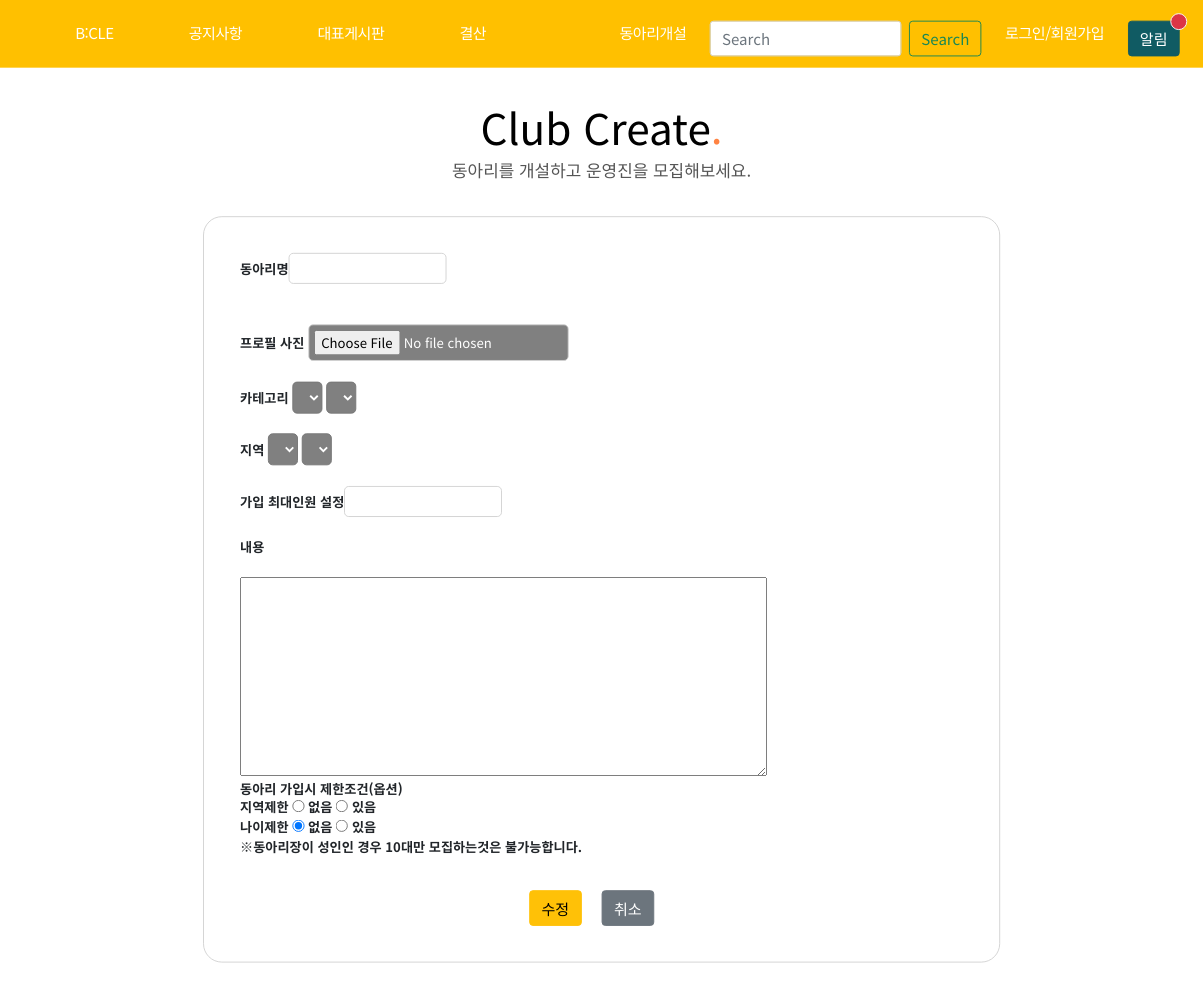
Repository: CHAEYUN7074/SpringProject
Page: http://localhost/viewpages/WEB-INF/view/PreClubUpdateForm.jsp
These files come from the project's save history. The page is drawn as it stood at one moment and after the next save; the edit follows.
The browser window is 1280 px wide. The pictures show the whole page, at 94% of full size.
Some web fonts or font styles are not loaded; a fallback is used. The page is served by Tomcat 9. Nobody is signed in. Other server files are loaded and not shown. The template is opened directly, without the code that normally fills it, so the values that code supplies are empty.

Above is the page before, as saved 2021-12-27 16:56:30.

### viewpages/WebContent/WEB-INF/view/PreClubUpdateForm.jsp
<%@ page contentType="text/html; charset=UTF-8"%>
<%@ taglib prefix="c" uri="http://java.sun.com/jsp/jstl/core"%>
<%
   request.setCharacterEncoding("UTF-8");
String cp = request.getContextPath();
%>
<!DOCTYPE html>
<html>
<head>
<meta charset="UTF-8">
<title>PreClubUpdateForm.jsp</title>
<style type="text/css">
@import
   url('https://fonts.googleapis.com/css?family=Exo+2|Noto+Sans+KR&display=swap')
   ;

.list-title{margin-top : 5vh;}
section .name {color: #000; text-align: center;}
section .name h2 {font-size: 45px; margin-bottom: 5px; font-weight: normal;}
section .name h2 span {color:#ff8342; }
section .name p {font-size: 18px; color: #555;}



#contents {
   margin : 5vh 30vh 5vh 30vh;
   padding : 3%;
   border : 1px solid lightgray;
   border-radius : 20px;
   font-family: 'Noto Sans KR', sans-serif;
   font-weight:bold;
}
#contents p {margin-bottom : 3vh;}
#contents input {border : 1px solid lightgray; border-radius: 5px; padding: 5px;}

.button_set {display : flex; margin-left : 40%; margin-top : 5vh;}
.button_set button {margin-right : 3vh;}

select {color: white; background: gray; border-radius: 5px; padding: 5px; }

</style>


<script type="text/javascript" src="http://code.jquery.com/jquery.min.js"></script>
<script type="text/javascript" src="<%=cp%>/js/jquery-ui.js"></script>
<script type="text/javascript" src="<%=cp%>/js/ajax.js"></script>
<script type="text/javascript">

   $(document).ready(function()
   {
      //카테고리 대분류(category_L_Id)가 변경되었을 경우 수행해야 할 코드 처리
      $("#category_L_Id").change(function()
      {
         //lert($("#category_L_Id").val());

         // Ajax 요청 및 응답 처리
         $.ajax(
         {
            type : "POST"
            ,url : "ajaxcategory.action"
            ,data : {category_L_Id : $("#category_L_Id").val()}
            ,dataType : "json" //{key : vlaue}
            ,success : function(result)
            {
               $("#category_S_Id").children().remove();
               $("#category_S_Id").append("<option value=\"\">선택</option>");

               for(var i=0; i<result.length; i++)
               {
                  $("#category_S_Id").append("<option value=\""+result[i].category_s_id+"\">"+result[i].s_cat+"</option>");
               }
            }
            ,error : function(e)
            {
               alert(e.responseText);
            }
         });
      });

      $("#region_L_Id").change(function()
      {
         //alert('변경');
         //alert($("#region_L_Id").val());

         var category_s_id = '${preopen.category_s_id}';

         $.ajax(
         {
            type : "POST"
            ,url : "ajaxregion.action"
            ,data : {region_L_Id : $("#region_L_Id").val()}
            ,dataType : "json"
            ,success : function(result)
            {
               //alert(result);
               $("#region_S_Id").children().remove();
               $("#region_S_Id").append("<option value=\"\">선택</option>");

               for(var i=0; i<result.length; i++)
               {
                  $("#region_S_Id").append("<option value=\""+result[i].region_s_id+"\">"+result[i].local+"</option>");
               }
            }
            ,error : function(e)
            {
               alert(e.responseText);
            }

          });

      });

   });
      //동아리명 중복 검사

    $(document).ready(function()
   {

      $('.title').focusout(function()  //focusout
      {
         let userTitle = $('.title').val();

         $.ajax({
            url : "checktitle.action" // ①컨트롤러로~
            , type : "POST"
            , data : {userTitle : userTitle}
            , dataType : "json"
            , success : function(result) //Check title에서 여기로 왔다.
            {
               if(result.title == 0){
                  $("#checkTitle").html('이미 동일한 이름의 동아리가 존재합니다.');
                  $("#checkTitle").css('color', 'red');
                  $('#title').val(''); //중복된 내용삭제

               }
               else
               {

                  $("#checkTitle").html('사용할 수 있는 동아리 이름입니다.');
                  $("#checkTitle").css('color', 'green');
               }
            }
            , error : function(e)
            {
               alert(e.responseText); //에러사항 보여주기
            }
         })
      })
   });



 //각 상황별 alert 창 → required로 했는데 클리어하지가 않아서, 각 상황에 맞게 알림창을 띄우기로했다.
   $(document).ready(function()
   {
      $("#submitBtn").click(function()
      {
          if ($.trim($("#title").val()).length == 0)
         {
            alert("동아리명을 입력하세요.");
            $("#title").focus();
            return;
         }

         if ($("#category_L_Id").val() == "")
         {
            alert("카테고리를 선택해주세요");
            $("#category_L_Id").focus();
            return;
         }
         if ($("#category_S_Id").val()== "")
         {
            alert("카테고리를 선택해주세요");
            $("#category_S_Id").focus();
            return;
         }
         if ($("#region_L_Id").val()== "")
         {
            alert("지역을 선택해주세요");
            $("#region_L_Id").focus();
            return;
         }
         if ($("#region_S_ID").val()== "")
         {
            alert("지역을 선택해주세요");
            $("#region_S_ID").focus();
            return;
         }
         if ($("#max").val().length == 0)
         {
            alert("최대 인원을 입력하세요");
            $("#max").focus();
            return;
         }

          if ($("#content").val().length == 0) // 내용 입력하라는 에러 , div id가 content여서
          {
             alert("내용을 입력하세요");
             $("#content").focus();
             return;
          }

         $("#updateForm").submit();
      });
   });

</script>


</head>
<body>

   <div class="wrap">
      <!-- 네브 영역 -->
      <div>
         <c:import url="nav.jsp"></c:import>
      </div>
     <!--
     HttpSession session = request.getSession();
     session.setAttribute("id", id);
       -->
      <!-- 콘텐츠 영역 -->

         <section class="list-title">
         <div class="name">
            <h2>Club Create<span>.</span></h2>
            <p>동아리를 개설하고 운영진을 모집해보세요.</p>
         </div>
      </section>

      <div id="contents">
         <div>
            <form action="preclubupdate.action" method="post" id="updateForm" enctype="multipart/form-data">
               <div>
                  <input type="text" name="cid" value="${preopen.cid}" style="display: none;"> <!-- cid 안보이게 삽입 -->
                  <p>
                  동아리명<input type="text" name="title" id="title" class="title" maxlength='20'  value="${preopen.title }">
                  </p>
                  <span id="checkTitle" style="font-size: small;"></span><br>
                  프로필 사진 <input type="file" name="url" id="url" value="${preopen.url }" style="color: white; background: gray; border-radius: 5px; padding: 5px;">
                  <p>
                  <!--
                     동아리장<input type="text" name="nickname" id="nickname"
                        placeholder="로그인 상태인 사람 여기에 자동 닉네임 뿌려주기" disabled="disabled">
                     개설예정일<input
                        type="text" name="preopendate" id="preopendate"
                        placeholder="자동입력" disabled="disabled">
                         -->
                  </p>
                  <p>
                     카테고리
                     <select id="category_L_Id" name="category_L_Id">
                        <c:forEach var="category" items="${categoryLList }">
                            <option value="${category.category_l_id}"
                            ${preopen.category_l_id == category.category_l_id ? "selected=\"selected\"" : "" }
                             >${category.l_cat}</option>
                        </c:forEach>
                     </select>
                     <select id="category_S_Id" name="category_S_Id">
                        <option value="${preopen.category_s_id}" selected="selected">${preopen.s_cat}</option>
                     </select>
                  </p>


                  <p>

                     지역
                     <select id="region_L_Id" name="region_L_Id">
                        <c:forEach var="region" items="${regionLList }">
                            <option value="${region.region_l_id}"
                            ${preopen.region_l_id == region.region_l_id ? "selected=\"selected\"" : "" }
                             >${region.city}</option>
                        </c:forEach>
                     </select>
                     <select id="region_S_Id" name="region_S_Id">
                        <option value="${preopen.region_s_id}" selected="selected">${preopen.local}</option>
                     </select>
                  </p>

                  <p>
                     가입 최대인원 설정<input type="text" id="max" name="max"  value="${preopen.max}">
                  </p>
                  <div>
                     <p>내용</p>
                     <textarea rows="10" cols="70" id="content" name="content" maxlength='100'>${preopen.content}</textarea>
                  </div>
                  <div>
                     <%-- <c:import url="beePicCreated.jsp"></c:import> --%>
                  </div>

                  <div>
                     <h5>동아리 가입시 제한조건(옵션)</h5>

                     <div>
                        지역제한
                        <input type="radio" name="regionlimit" value="X" id="regionlimitX"
                        ${preopen.limit_id == 'X' ? "checked=\"checked\"" : "" }>
                        <label for="regionlimitX">없음</label>
                        <input type="radio" name="regionlimit" id="regionlimitO" value="O"
                        ${preopen.limit_id == 'O' ? "checked=\"checked\"" : "" } >
                        <label for="regionlimitO">있음</label>
                        <br>
                        나이제한
                        <input type="radio" name="agelimit" id="agelimitX" value="X" checked="checked">
                        <label for="agelimitX">없음</label>
                        <input type="radio" name="agelimit" id="agelimitO"  value="O">
                        <label for="agelimitO">있음</label>
                        <br>※동아리장이 성인인 경우 10대만 모집하는것은 불가능합니다.
                     </div>

                      <div class ="button_set">
                        <button type="button" class="btn btn-warning" id="submitBtn">수정</button>
                        <button type="button" class="btn btn-secondary"  id="cancleBtn" onclick="location.href='mainpage.action'">취소</button>
                     </div>

                  </div>

               </div>
            </form>
         </div>
      </div>

   </div>




</body>
<script type="text/javascript">


</script>
</html>

### viewpages/WebContent/WEB-INF/view/nav.jsp
<%@ page contentType="text/html; charset=UTF-8"%>
<%@ taglib prefix="c" uri="http://java.sun.com/jsp/jstl/core"%>
<%
   request.setCharacterEncoding("UTF-8");
String cp = request.getContextPath();
%>
<!DOCTYPE html>
<html lang="ko">
<head>
<meta charset="UTF-8">
<meta name="viewport" content="width=device-width, initial-scale=1">
<title>B:CLE</title>
<!-- <link rel="stylesheet" href="css/main.css"> -->
<link rel="stylesheet" href="css/font-awesome.min.css">
<link
   href="https://cdn.jsdelivr.net/npm/bootstrap@5.1.3/dist/css/bootstrap.min.css"
   rel="stylesheet"
   integrity="sha384-1BmE4kWBq78iYhFldvKuhfTAU6auU8tT94WrHftjDbrCEXSU1oBoqyl2QvZ6jIW3"
   crossorigin="anonymous">

<style>
@import
   url('https://fonts.googleapis.com/css?family=Exo+2|Noto+Sans+KR&display=swap')
   ;
/*reset*/
* {
   margin: 0;
   padding: 0;
}
body {
   margin: 0;
}
h1, h2, h3, h4, h5, h6, p, ul, ol, li, dl, dt, dd {
   margin: 0;
   padding: 0;
}
h1, h2, h3, h4, h5, h6 {
   font-weight: 700;
   font-size: inherit;
}
a {
   color: inherit;
   text-decoration: inherit;
}
img {
   vertical-align: middle;
}
a img {
   border: none;
}
li {
   list-style: none;
}
address, em, i, ul {
   font-style: normal;
}
.mo {
   display: none;
}
body {
   font-family: 'Noto Sans KR', sans-serif;
   font-size: 14px;
}
header {
   font-family: 'Noto Sans KR', sans-serif;
   letter-spacing: -0.5px;
   background: rgb(255, 192, 0);
   color: white;
   height: 10vh;
   width: 100%;
   position: relative;
   margin-top: -20px;
}
.mainHeader {
   width: 100%;
   margin-top: 20px;
   box-sizing: border-box;
   vertical-align: center;
}
.mainHeader .gnbMo {
   display: none;
}
.mainHeader .gnb {
   float: left;
   margin-left: 80px;
   margin-top: 3vh;
}
.mainHeader .gnb li {
   float: left;
   margin-right: 80px;
}
.mainHeader .gnb li a {
   display: block;
   width: 100%;
   text-align: center;
   color: #fff;
   font-size: 16px;
   text-decoration-line: none;
}
.mainHeader .gnb li a:hover, .mainHeader .gnb li a:focus {
   color: #ff8342;
}
.mainHeader .tnb {
   float: right;
   margin-top: 3vh;
}
.mainHeader .tnb li {
   float: left;
   margin-right: 25px;
}
.mainHeader .tnb li a {
   display: block;
   width: 100%;
   text-align: center;
   font-size: 16px;
   color: #fff;
   text-decoration-line: none;
}
.mainHeader .tnb li:nth-child(1) a i, .mainHeader .tnb li:nth-child(2) a i
   {
   font-size: 20px;
   margin-right: 8px;
}
.mainHeader .tnb li:last-child a {
   display: block;
   width: 105px;
   line-height: 2;
   border: 1px solid #fff;
   border-radius: 30px;
   margin-top: 35px;
}
.mainHeader .tnb li:last-child a i {
   margin-left: 5px;
}
.mainHeader .tnb li:last-child a:hover {
   background: #fff;
   color: #ff8342;
   transition: all 0.3s;
}
.btn-primary {
    color: #fff;
    background-color: #105b63;
    border-color: #105b63;
}


.box {
    width: 30px;
    height: 30px;
    border-radius: 70%;
    overflow: hidden;
}
.profile {
    width: 100%;
    height: 100%;
    object-fit: cover;
}

</style>


</head>
<body>

   <c:choose>
      <c:when test="${!empty id }">
         <header>
            <div class="mainHeader">
               <nav class="gnb">
                  <ul>
                     <li><a href="mainpage.action">B:CLE</a></li>
                     <li><a href="mainnoticelist.action">공지사항</a></li>
                     <li><a href="mainfreeboardlist.action">대표게시판</a></li>
                     <li><a href="mainaccount.action">결산</a></li>
                  </ul>
               </nav>
               <nav class="tnb">
                  <ul>

                     <li><a href="clubinsertform.action">동아리개설</a></li>

                     <li>
                        <form class="d-flex">
                           <input class="form-control me-2" type="search"
                              placeholder="Search" aria-label="Search">
                           <button class="btn btn-outline-success" type="submit">Search</button>
                        </form>
                     </li>



                     <!-- 값을 넘겨보려 시도했는데 실패...ㅠ 다시 해볼게요 - 현정 -->
                     <li><a href="#">마이페이지</a></li>
                     <li><a href="logout.action"></i>로그아웃</a></li>
                         <li><button type="button"
                              class="btn btn-primary position-relative">
                              알림 <span
                                 class="position-absolute top-0 start-100 translate-middle p-2 bg-danger border border-light rounded-circle">
                                 <span class="visually-hidden">New alerts</span>
                              </span>
                             </button></li>
                  </ul>
               </nav>
               <nav class="gnbMo">
                  <a href="#"><i class="fa fa-bars" aria-hidden="true"></i></a>
               </nav>
            </div>
         </header>
      </c:when>
      <c:otherwise>
         <header>
            <div class="mainHeader">
               <nav class="gnb">
                  <ul>
                     <li><a href="mainpage.action">B:CLE</a></li>
                     <li><a href="mainnoticelist.action">공지사항</a></li>
                     <li><a href="mainfreeboardlist.action">대표게시판</a></li>
                     <li><a href="mainaccount.action">결산</a></li>
                  </ul>
               </nav>
               <nav class="tnb">
                  <ul>

                     <li><a href="#">동아리개설</a></li>

                     <li>
                        <form class="d-flex">
                           <input class="form-control me-2" type="search"
                              placeholder="Search" aria-label="Search">
                           <button class="btn btn-outline-success" type="submit">Search</button>
                        </form>
                     </li>




                     <li><a href="loginpage.action"></i>로그인/회원가입</a></li>
                     <li><button type="button"
                           class="btn btn-primary position-relative">
                           알림 <span
                              class="position-absolute top-0 start-100 translate-middle p-2 bg-danger border border-light rounded-circle">
                              <span class="visually-hidden">New alerts</span>
                           </span>
                        </button></li>
                  </ul>
               </nav>
               <nav class="gnbMo">
                  <a href="#"><i class="fa fa-bars" aria-hidden="true"></i></a>
               </nav>
            </div>
         </header>
      </c:otherwise>
   </c:choose>
   <!--header-->




</body>
</html>

<!-- 검색부분에 쓸 부트스트랩 -->
<!--       <form class="d-flex">
        <input class="form-control me-2" type="search" placeholder="Search" aria-label="Search">
        <button class="btn btn-outline-success" type="submit">Search</button>
      </form> -->

### viewpages/WebContent/js/ajax.js
/**
 * ajax.js
 */


var ajax = null;

// AJAX 객체(XMLHttpRequest 객체) 생성 함수
function createAjax()
{
	/*
	// ActiveXObject 를 지원하는 브라우저라면...
	if (window.ActiveXObject)			//-- IE 7 이전
	{
		return new ActiveXObject("Msxml2.XMLHTTP");
		//-- 이와 같은 방식으로 XMLHttpRequest 객체를 생성해서 반환하라.
		//   (ActiveXObject 객체 → XMLHttpRequest 객체의 대리 객체)
	}
	else								//-- 그 외 브라우저
	{
		if(window.XMLHttpRequest)		//-- XMLHttpRequest 지원 브라우저
		{
			return new XMLHttpRequest();
			//-- 이와 같은 방식으로 XMLHttpRequest 객체를 생성해서 반환하라.
		}
		else							//-- AJAX 를 지원하지 않는 브라우저
		{
			return null;
		}
	}
	*/

	// 위와 의미 같음. 논리적 순서로 정리한 것.
	if (window.XMLHttpRequest)
	{
		return new XMLHttpRequest();
	}
	else if (window.ActiveXObject)
	{
		//return new ActiveXObject("Msxml2.XMLHTTP");
		return new ActiveXObject("Microsoft.XMLHTTP");
	}
	else
	{
		return null;
	}
}

Loaded but not shown: viewpages/WebContent/js/jquery-ui.js (library)

After the next save:
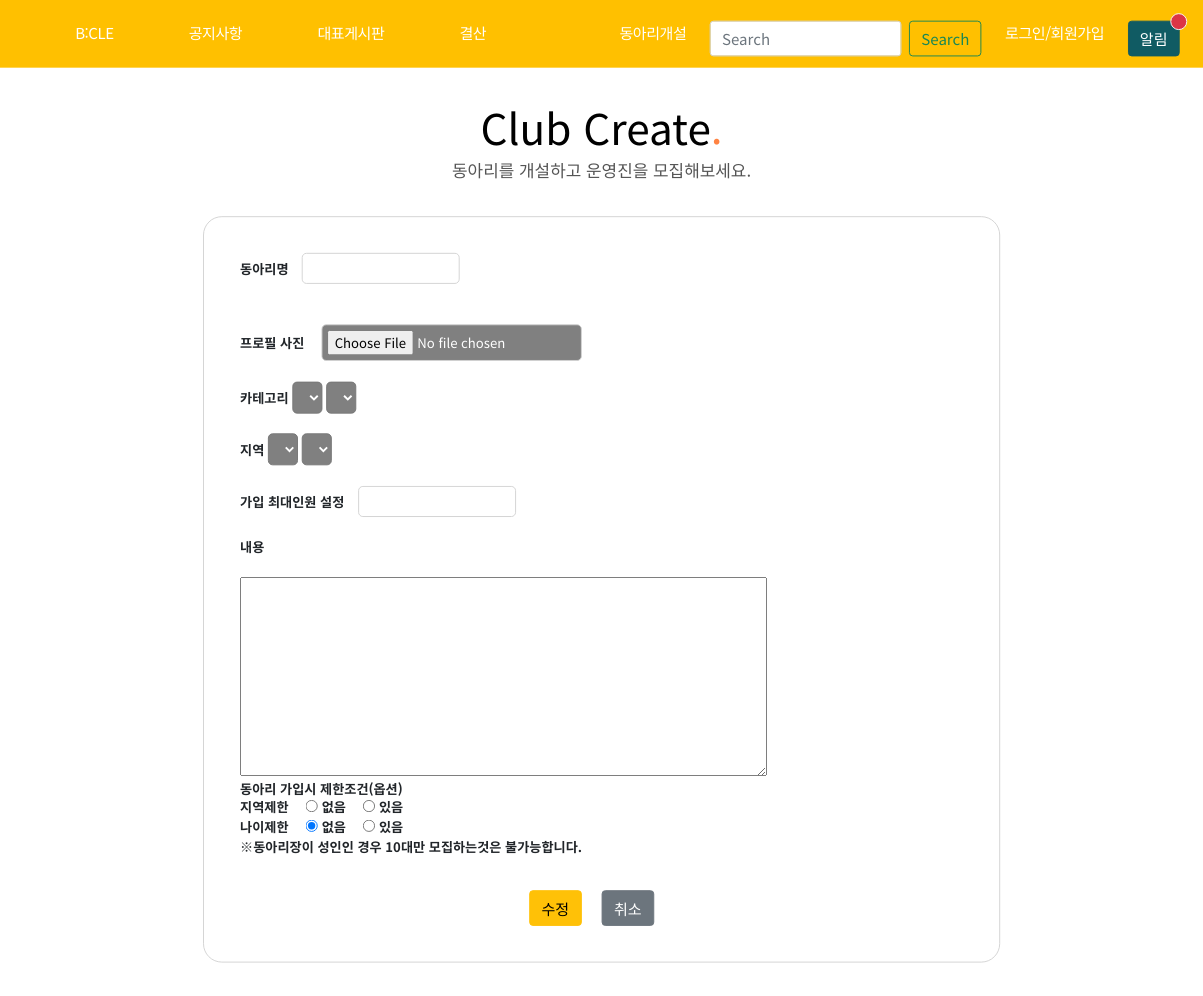
Saved 28 s later.
--- a/viewpages/WebContent/WEB-INF/view/PreClubUpdateForm.jsp
+++ b/viewpages/WebContent/WEB-INF/view/PreClubUpdateForm.jsp
@@ -31,7 +31,7 @@ section .name p {font-size: 18px; color: #555;}
    font-weight:bold;
 }
 #contents p {margin-bottom : 3vh;}
-#contents input {border : 1px solid lightgray; border-radius: 5px; padding: 5px;}
+#contents input {margin-left : 2vh; border : 1px solid lightgray; border-radius: 5px; padding: 5px;}
 
 .button_set {display : flex; margin-left : 40%; margin-top : 5vh;}
 .button_set button {margin-right : 3vh;}
